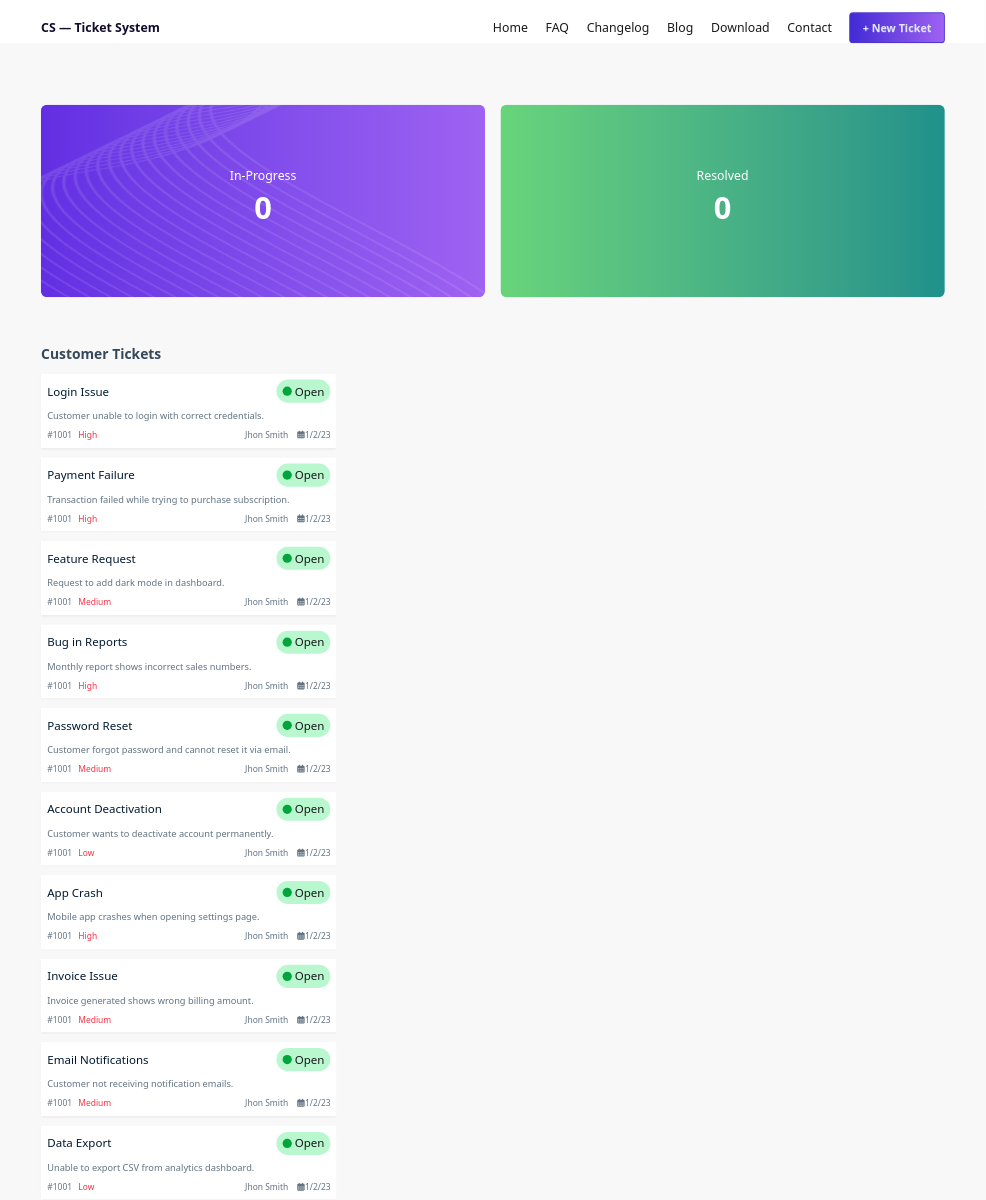
Repository: SanjidaSnigdha/Customer-Support-Zone
Page: /
The author's editor kept a copy of each file at every save. The page is drawn from the files as they stood at one save, then again after the next save.
The browser window is 1280 px wide. The pictures show the whole page, at 77% of full size.
The project was rebuilt for these pictures with package versions that can differ from the ones it lists, and the page was loaded fresh each time. Also part of the build but not shown: vite.config.js, src/App.css.

Above is the page before, as saved 2026-03-24 04:49:56.

### index.html
<!doctype html>
<html lang="en">
  <head>
    <meta charset="UTF-8" />
    <link rel="icon" type="image/svg+xml" href="/favicon.svg" />
    <meta name="viewport" content="width=device-width, initial-scale=1.0" />
    <title>customer-support-zone</title>
  </head>
  <body>
    <div id="root"></div>
    <script type="module" src="/src/main.jsx"></script>
  </body>
</html>

### src/index.css
 @import "tailwindcss";
 @plugin "daisyui" {
  themes: light --default, dark --prefersdark;
  themes: light --default;
 }

### src/App.jsx
import { Suspense, useState } from 'react'
import './App.css'
import Navbar from './component/Navbar/Navbar'
import Banner from './component/Banner/Banner'
import CustomerTickets from './component/CustomerTickets/CustomerTickets'

const fetchTickets = async()=>{
  const res = await fetch("/customers.json")
  return res.json()
}

function App() {
  const customerPromise = fetchTickets()

  return (
    <>
    <div className='flex flex-col'>
   <Navbar></Navbar>
   <div className='flex-1 bg-base-200'>
    <Banner></Banner>
    <Suspense fallback={<span className="loading loading-spinner loading-xl"></span>
}>
          <CustomerTickets customerPromise={customerPromise}></CustomerTickets>

    </Suspense>
   </div>
   </div>

    </>
  )
}

export default App

### src/component/Navbar/Navbar.jsx
import React from 'react';

const Navbar = () => {
    return (
        <div className='flex justify-between w-11/12 mx-auto mt-4'>
            <div className='navbar-start'>
                <h1 className='w-[833px] h-[26px] font-bold text-[#130B2D]'>CS — Ticket System</h1>
            </div>
            <div className='navbar-end justify-between gap-3 text-[#000000]/90'>
                <a>Home</a>
                <a>FAQ</a>
                <a>Changelog</a>
                <a>Blog</a>
                <a>Download</a>
                <a>Contact</a>
         <button className='btn btn-primary bg-gradient-to-r from [#632EE3] to-[#9F62F2]'>+ New Ticket</button>
            </div>
        </div>
    );
};

export default Navbar;

### src/component/Banner/Banner.jsx
import React from 'react';
import vectorImg1 from '../../assets/vector1.png'
import vectorImg2 from '../../assets/vector2.png'

const Banner = () => {
    return (
        <div className='flex justify-between w-11/12 mx-auto mt-20 gap-5'>
            <div className='relative'>
             <img src={vectorImg1} alt="" className=' bg-gradient-to-r from-[#632EE3] to-[#9F62F2] w-[700px] h-[250px] rounded-[8px]'/>
             <p className='absolute text-center inset-20 text-[#FFFFFF]'>In-Progress<br /><span className='font-bold text-[#FFFFFF] text-[40px]'>
                0</span></p>

            </div>
            <div className='relative'>
      <img src={vectorImg2} alt="" className='bg-gradient-to-r from-[#54CF68] to-[#00827A] w-[700px] h-[250px] rounded-[8px]'/>
        <p className='absolute text-center inset-20 text-[#FFFFFF]'>Resolved<br /><span className='font-bold text-[#FFFFFF] text-[40px]'>
                0</span></p>

            </div>
        </div>
    );
};

export default Banner;

### src/component/CustomerTickets/CustomerTickets.jsx
import React, { use } from 'react';
import { FontAwesomeIcon } from '@fortawesome/react-fontawesome'
import { faCalendarDays } from '@fortawesome/free-solid-svg-icons'
const CustomerTickets = ({customerPromise}) => {
    const customerTicket = use(customerPromise)
    console.log(customerTicket)
    return (
        <div className='w-11/12 mx-auto'>
         <h1 className='font-semibold text-[#34485A] text-[18px] mt-15'>Customer Tickets</h1>


    {
        customerTicket.map(customer=>

              <div className="card w-96 bg-base-100 card-xs shadow-sm mt-3 rounded-none">
  <div className="card-body">
    <div className='flex justify-between'>
     <h2 className="card-title text-[#001931] font-medium text-[15px]">{customer.title}</h2>
     <button className='rounded-4xl bg-[#B9F8CF] w-[70px] h-[30px] flex items-center gap-1 p-2 font-medium text-[15px]'><span className='bg-[#02A53B] rounded-full w-3 h-3'></span>Open</button>

    </div>
    <p className='text-[#627382] text-[12px] font-medium'>{customer.description}</p>
    <div className="flex justify-between card-actions">
        <div className='flex gap-2'>
        <p className='text-[#627382] font-medium'>#1001</p>
        <p className='text-[#F83044] font-medium'>{customer.priority}</p>
        </div>
        <div className='flex gap-3'>
            <p className='text-[#627382] font-medium'>Jhon Smith</p>
            <p className='text-[#627382] font-medium'><FontAwesomeIcon icon ={faCalendarDays}  />1/2/23</p>

        </div>

    </div>
  </div>
</div>
        )
    }



        </div>
    );
};

export default CustomerTickets;

### public/customers.json
[
  {
    "id": 1,
    "title": "Login Issue",
    "description": "Customer unable to login with correct credentials.",
    "customer": "Alice Johnson",
    "priority": "High",
    "status": "Open",
    "createdAt": "2026-03-20T10:15:00Z"
  },
  {
    "id": 2,
    "title": "Payment Failure",
    "description": "Transaction failed while trying to purchase subscription.",
    "customer": "Bob Smith",
    "priority": "High",
    "status": "Pending",
    "createdAt": "2026-03-21T14:22:00Z"
  },
  {
    "id": 3,
    "title": "Feature Request",
    "description": "Request to add dark mode in dashboard.",
    "customer": "Charlie Brown",
    "priority": "Medium",
    "status": "Open",
    "createdAt": "2026-03-22T09:30:00Z"
  },
  {
    "id": 4,
    "title": "Bug in Reports",
    "description": "Monthly report shows incorrect sales numbers.",
    "customer": "Diana Prince",
    "priority": "High",
    "status": "In Progress",
    "createdAt": "2026-03-22T11:45:00Z"
  },
  {
    "id": 5,
    "title": "Password Reset",
    "description": "Customer forgot password and cannot reset it via email.",
    "customer": "Ethan Hunt",
    "priority": "Medium",
    "status": "Resolved",
    "createdAt": "2026-03-23T08:10:00Z"
  },
  {
    "id": 6,
    "title": "Account Deactivation",
    "description": "Customer wants to deactivate account permanently.",
    "customer": "Fiona Gallagher",
    "priority": "Low",
    "status": "Pending",
    "createdAt": "2026-03-23T12:05:00Z"
  },
  {
    "id": 7,
    "title": "App Crash",
    "description": "Mobile app crashes when opening settings page.",
    "customer": "George Martin",
    "priority": "High",
    "status": "Open",
    "createdAt": "2026-03-24T07:50:00Z"
  },
  {
    "id": 8,
    "title": "Invoice Issue",
    "description": "Invoice generated shows wrong billing amount.",
    "customer": "Hannah Lee",
    "priority": "Medium",
    "status": "In Progress",
    "createdAt": "2026-03-24T09:30:00Z"
  },
  {
    "id": 9,
    "title": "Email Notifications",
    "description": "Customer not receiving notification emails.",
    "customer": "Ian Curtis",
    "priority": "Medium",
    "status": "Open",
    "createdAt": "2026-03-24T10:00:00Z"
  },
  {
    "id": 10,
    "title": "Data Export",
    "description": "Unable to export CSV from analytics dashboard.",
    "customer": "Jessica Alba",
    "priority": "Low",
    "status": "Resolved",
    "createdAt": "2026-03-24T11:15:00Z"
  }
]

Loaded but not shown: src/main.jsx (common file)

After the next save:
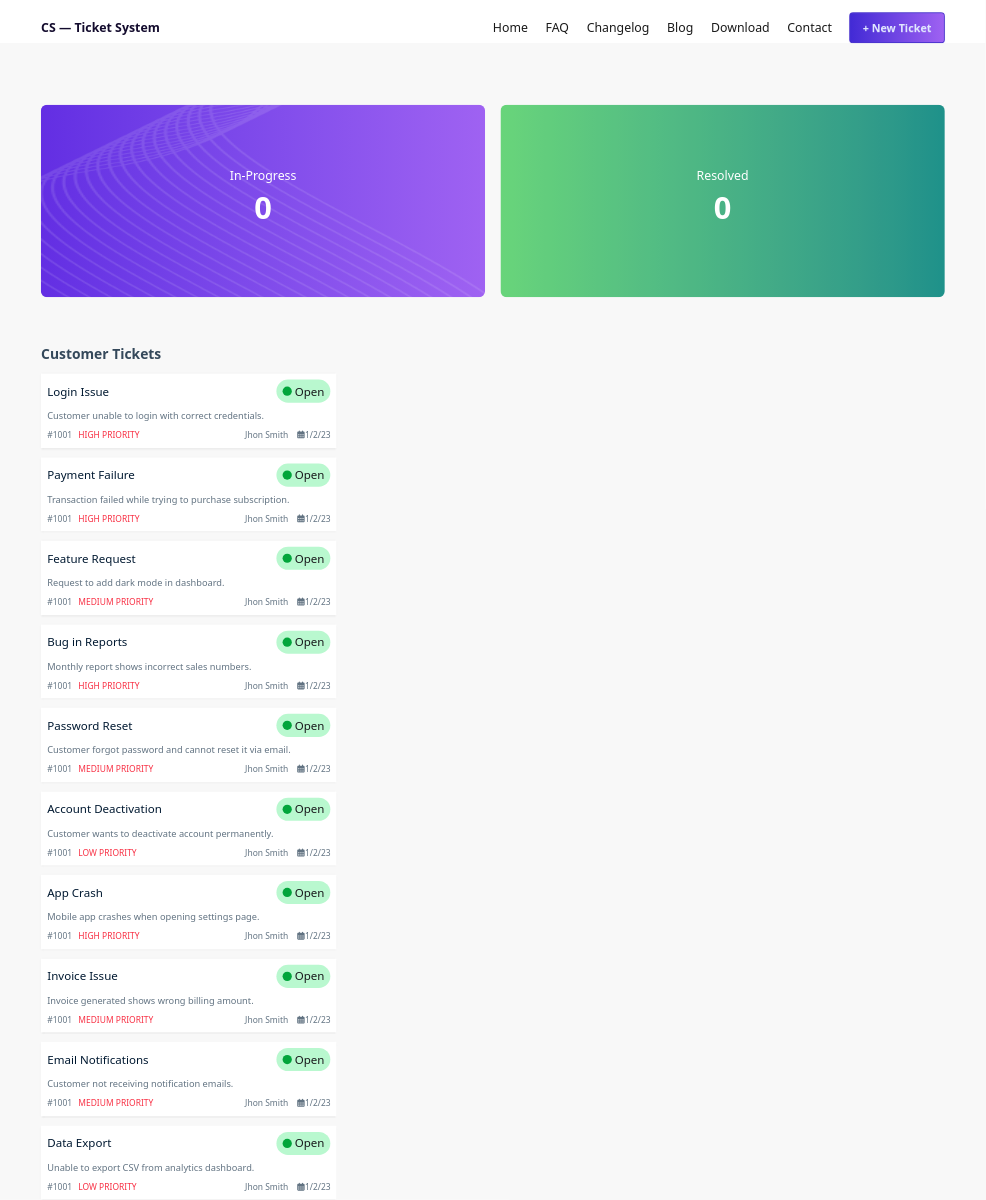
Saved 3 min 21 s later.
--- a/public/customers.json
+++ b/public/customers.json
@@ -4,7 +4,7 @@
     "title": "Login Issue",
     "description": "Customer unable to login with correct credentials.",
     "customer": "Alice Johnson",
-    "priority": "High",
+    "priority": "HIGH PRIORITY",
     "status": "Open",
     "createdAt": "2026-03-20T10:15:00Z"
   },
@@ -13,7 +13,7 @@
     "title": "Payment Failure",
     "description": "Transaction failed while trying to purchase subscription.",
     "customer": "Bob Smith",
-    "priority": "High",
+    "priority": "HIGH PRIORITY",
     "status": "Pending",
     "createdAt": "2026-03-21T14:22:00Z"
   },
@@ -22,7 +22,7 @@
     "title": "Feature Request",
     "description": "Request to add dark mode in dashboard.",
     "customer": "Charlie Brown",
-    "priority": "Medium",
+    "priority": "MEDIUM PRIORITY",
     "status": "Open",
     "createdAt": "2026-03-22T09:30:00Z"
   },
@@ -31,7 +31,7 @@
     "title": "Bug in Reports",
     "description": "Monthly report shows incorrect sales numbers.",
     "customer": "Diana Prince",
-    "priority": "High",
+    "priority": "HIGH PRIORITY",
     "status": "In Progress",
     "createdAt": "2026-03-22T11:45:00Z"
   },
@@ -40,7 +40,7 @@
     "title": "Password Reset",
     "description": "Customer forgot password and cannot reset it via email.",
     "customer": "Ethan Hunt",
-    "priority": "Medium",
+    "priority": "MEDIUM PRIORITY",
     "status": "Resolved",
     "createdAt": "2026-03-23T08:10:00Z"
   },
@@ -49,7 +49,7 @@
     "title": "Account Deactivation",
     "description": "Customer wants to deactivate account permanently.",
     "customer": "Fiona Gallagher",
-    "priority": "Low",
+    "priority": "LOW PRIORITY",
     "status": "Pending",
     "createdAt": "2026-03-23T12:05:00Z"
   },
@@ -58,7 +58,7 @@
     "title": "App Crash",
     "description": "Mobile app crashes when opening settings page.",
     "customer": "George Martin",
-    "priority": "High",
+    "priority": "HIGH PRIORITY",
     "status": "Open",
     "createdAt": "2026-03-24T07:50:00Z"
   },
@@ -67,7 +67,7 @@
     "title": "Invoice Issue",
     "description": "Invoice generated shows wrong billing amount.",
     "customer": "Hannah Lee",
-    "priority": "Medium",
+    "priority": "MEDIUM PRIORITY",
     "status": "In Progress",
     "createdAt": "2026-03-24T09:30:00Z"
   },
@@ -76,7 +76,7 @@
     "title": "Email Notifications",
     "description": "Customer not receiving notification emails.",
     "customer": "Ian Curtis",
-    "priority": "Medium",
+    "priority": "MEDIUM PRIORITY",
     "status": "Open",
     "createdAt": "2026-03-24T10:00:00Z"
   },
@@ -85,7 +85,7 @@
     "title": "Data Export",
     "description": "Unable to export CSV from analytics dashboard.",
     "customer": "Jessica Alba",
-    "priority": "Low",
+    "priority": "LOW PRIORITY",
     "status": "Resolved",
     "createdAt": "2026-03-24T11:15:00Z"
   }
